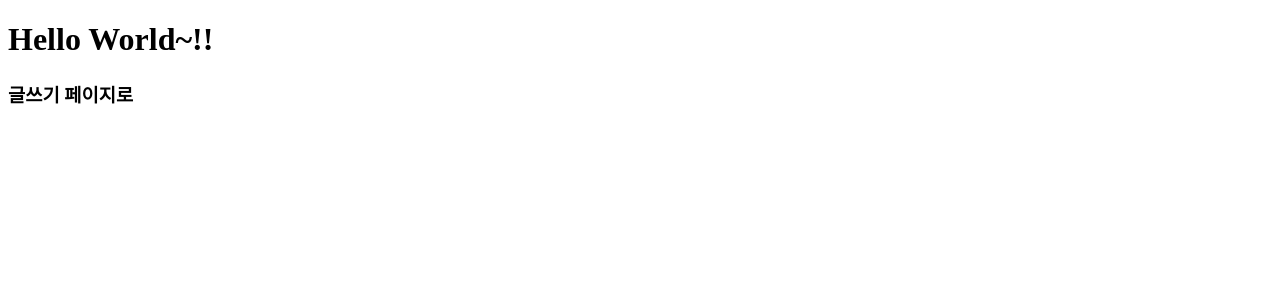
Repository: hwimi/2024-04-12-01
Page: http://localhost/jsp_study/
These files come from the project's save history. The page is drawn as it stood at one moment and after the next save; the edit follows.
The browser window is 1280 px wide. The pictures show the whole page.
The page is served by Tomcat 9.

Above is the page before, as saved 2024-04-11 09:11:18.

After the next save:
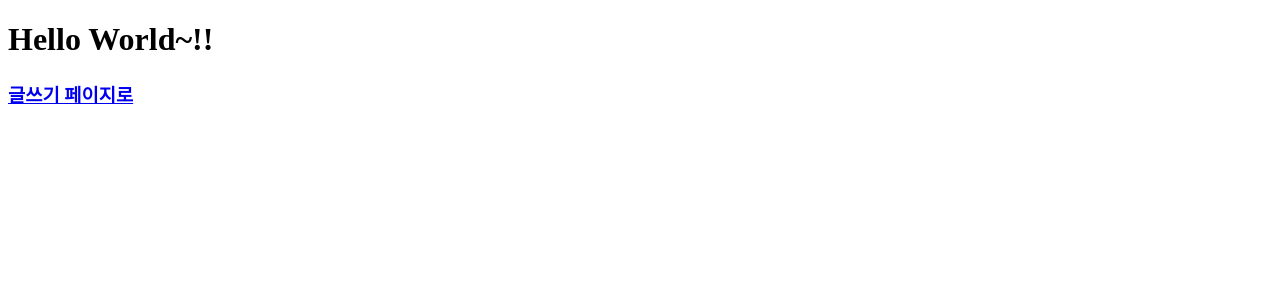
Saved 21 s later.
--- a/jsp_study/src/main/webapp/index.jsp
+++ b/jsp_study/src/main/webapp/index.jsp
@@ -8,6 +8,6 @@
 </head>
 <body>
 	<h1>Hello World~!!</h1>
-	<h3><a>글쓰기 페이지로</a></h3>
+	<h3><a href="/brd/register">글쓰기 페이지로</a></h3>
 </body>
 </html>
